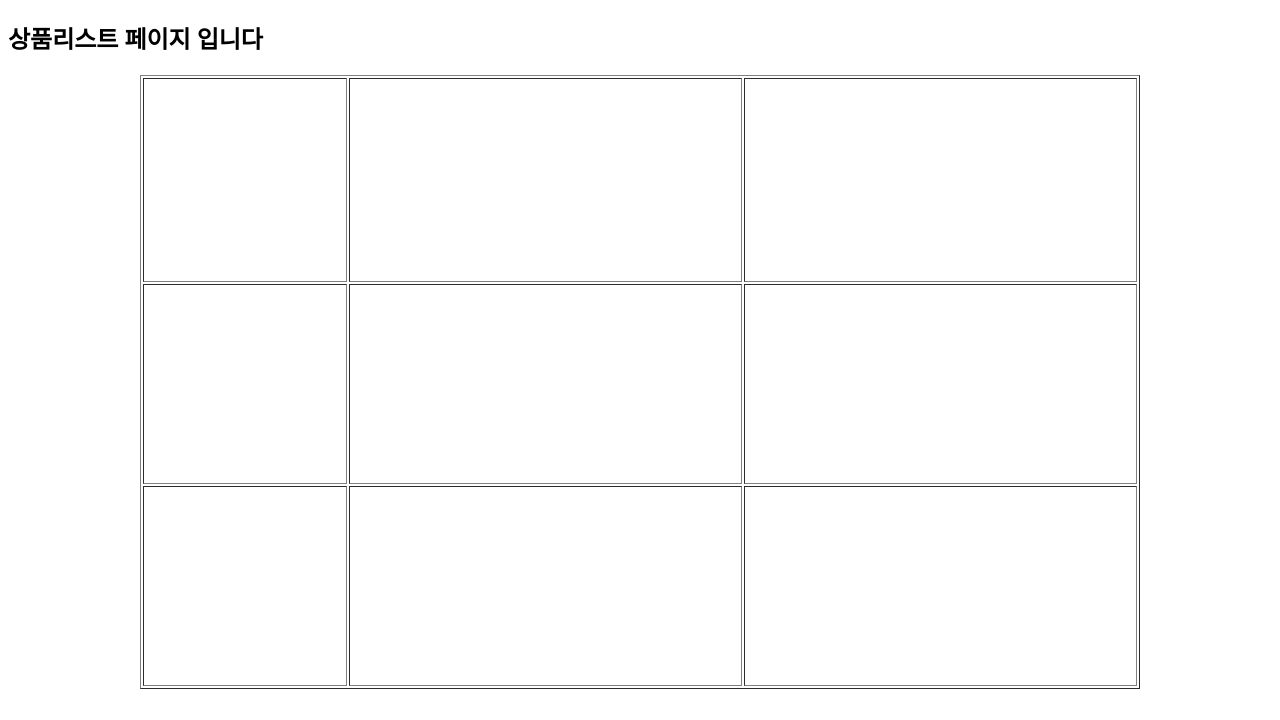
Repository: simjinbo/shoppingmall-lookbom
Page: http://localhost/lookBomProject/views/product/productListView.jsp
An editor plug-in stored every save of this project. The page is shown before and after the next save, followed by the edit.
The browser window is 1280 px wide. The pictures show the whole page.
The page is served by Tomcat 9. Nobody is signed in. The application's start-up code is not run. Other server files are loaded and not shown.

Above is the page before, as saved 2019-03-12 03:49:33.

### lookBomProject/web/views/product/productListView.jsp
<%@ page language="java" contentType="text/html; charset=UTF-8"
    pageEncoding="UTF-8"%>
<!DOCTYPE html>
<html>
<head>
<meta charset="UTF-8">
<title>lookbom</title>
</head>
<body>
<h2>상품리스트 페이지 입니다</h2>
<table align ="center" width="1000" border="1px solid #bcbcbc">
<tr><th width="200" height="200"></th><th></th><th></th></tr>
<tr height="200"><th></th><th></th><th></th></tr>
<tr height="200"><th></th><th></th><th></th></tr>
</table>
</body>
</html>

After the next save:
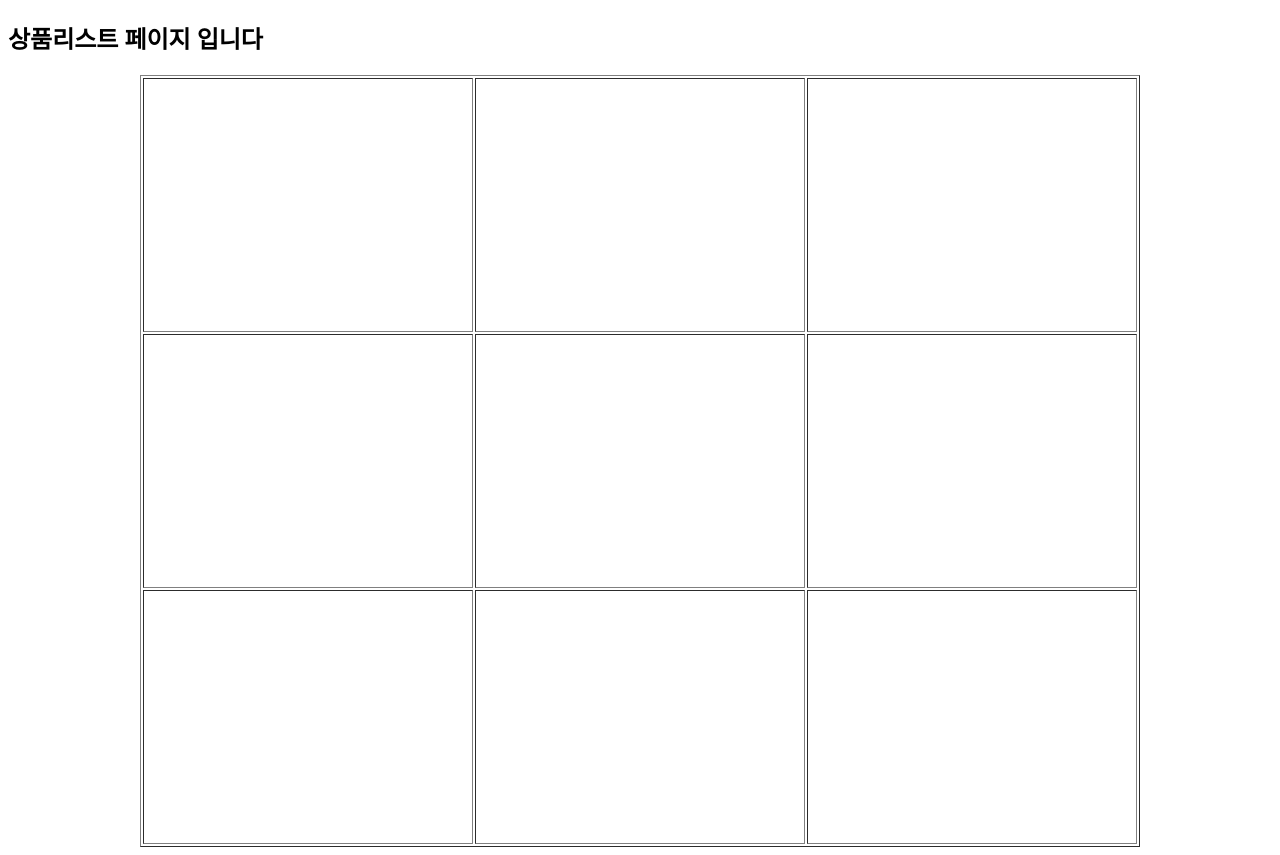
Saved 43 s later.
--- a/lookBomProject/web/views/product/productListView.jsp
+++ b/lookBomProject/web/views/product/productListView.jsp
@@ -9,9 +9,9 @@
 <body>
 <h2>상품리스트 페이지 입니다</h2>
 <table align ="center" width="1000" border="1px solid #bcbcbc">
-<tr><th width="200" height="200"></th><th></th><th></th></tr>
-<tr height="200"><th></th><th></th><th></th></tr>
-<tr height="200"><th></th><th></th><th></th></tr>
+<tr><th width="250" height="250"></th><th width="250" height="250"></th><th width="250" height="250"></th></tr>
+<tr><th width="250" height="250"></th><th></th><th></th></tr>
+<tr><th width="250" height="250"></th><th></th><th></th></tr>
 </table>
 </body>
 </html>
